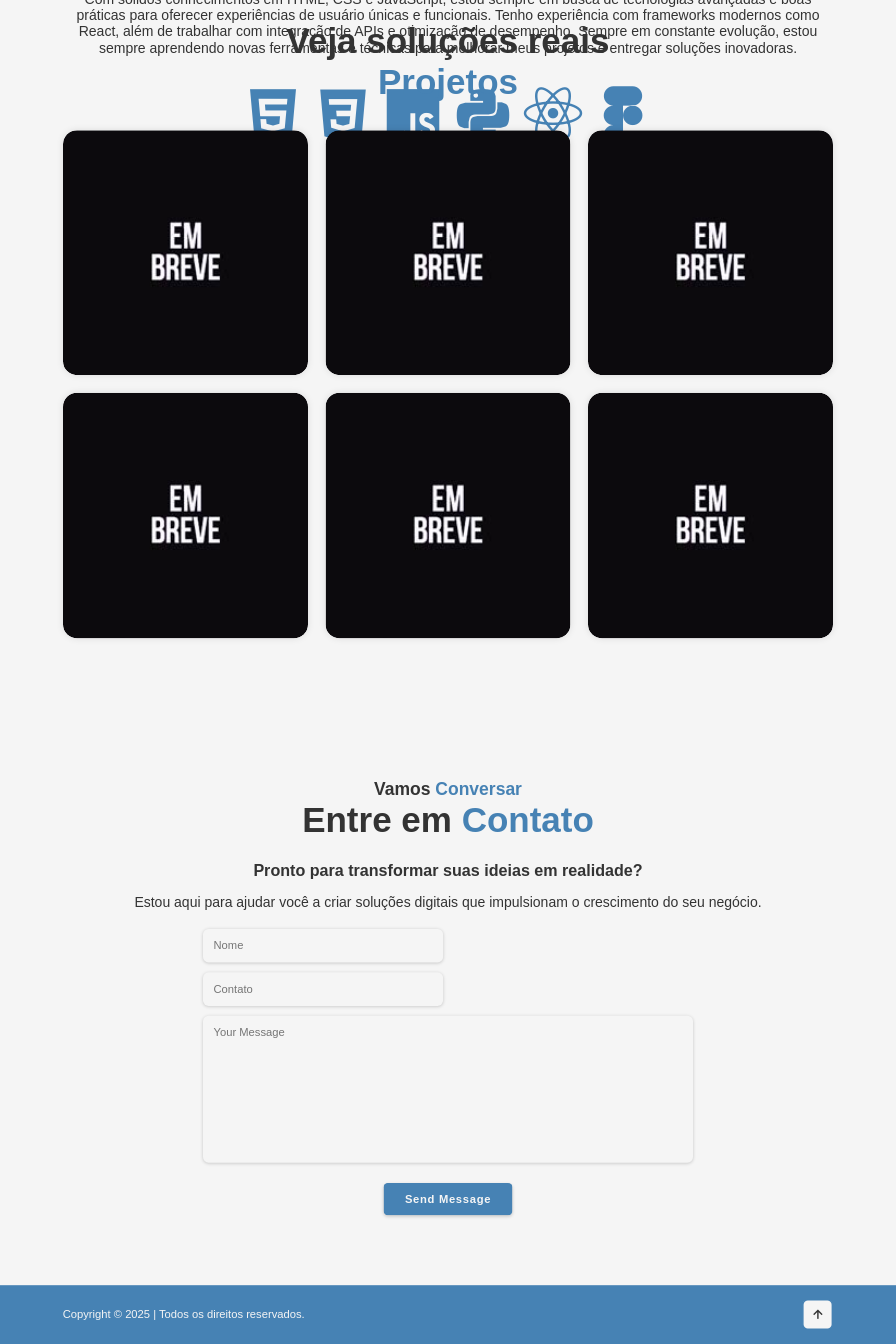
Repository: AliciaKathleen/portfolio-2025
Page: index.html
An editor plug-in stored every save of this project. The page is shown before and after the next save, followed by the edit.
The browser window is 1280 px wide. The pictures show the part of the page from y = 2400 to 4320 px (the page is 4320 px tall), at 70% of full size.

Above is the page before, as saved 2025-01-27 18:40:20.
Console error: TypeError: Cannot read properties of null (reading 'classList')

After the next save:
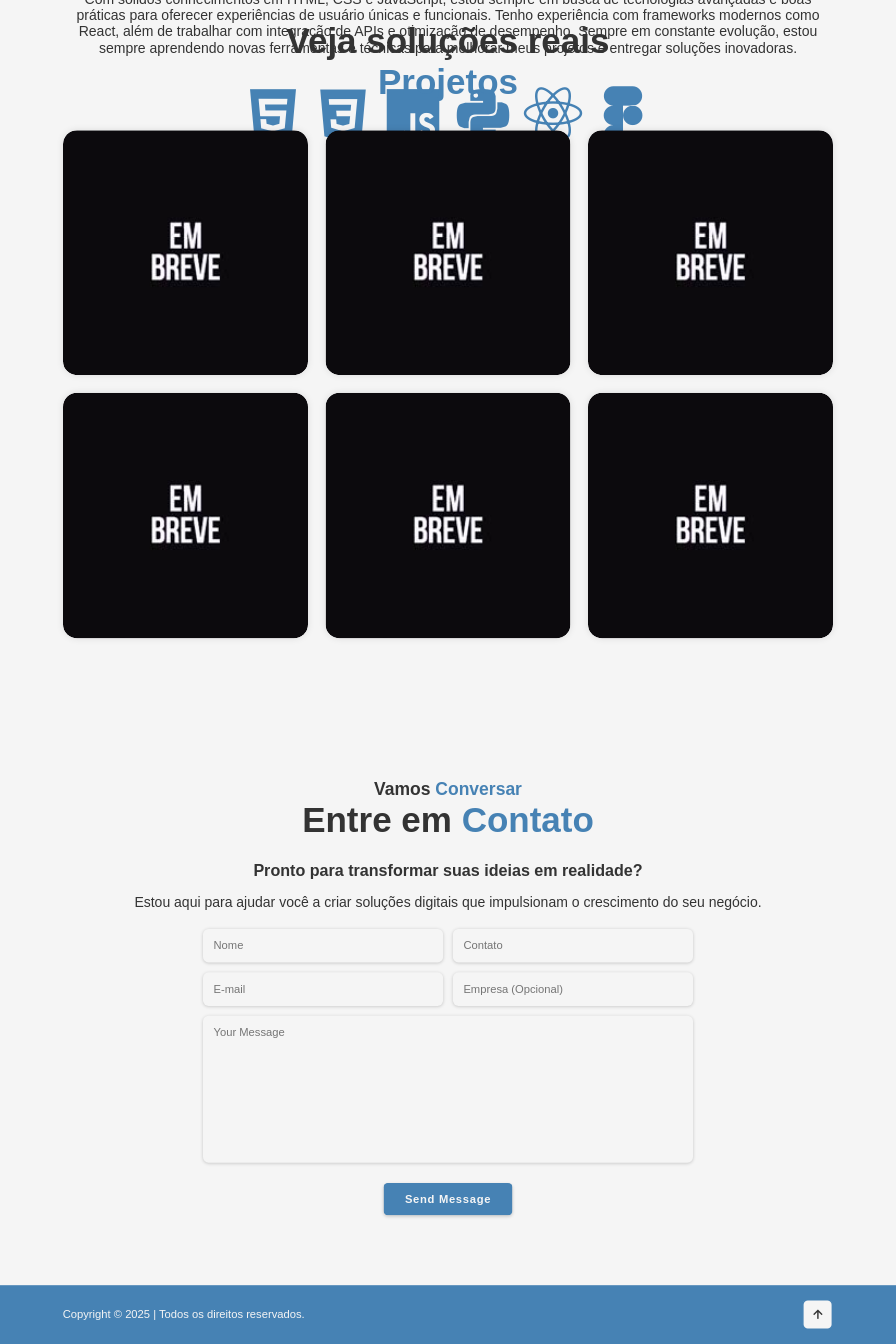
Saved 39 s later.
--- a/index.html
+++ b/index.html
@@ -216,9 +216,11 @@
         <form action="#">
             <div class="input-box">
                 <input type="text" placeholder="Nome">
+                <input type="number" placeholder="Contato">
             </div>
             <div class="input-box">
-                <input type="number" placeholder="Contato">
+                <input type="number" placeholder="E-mail">
+                <input type="number" placeholder="Empresa (Opcional)">
             </div>
             <textarea name="" id="" cols="30" rows="10" placeholder="Your Message"></textarea>
             <input type="submit" value="Send Message" class="btn">
